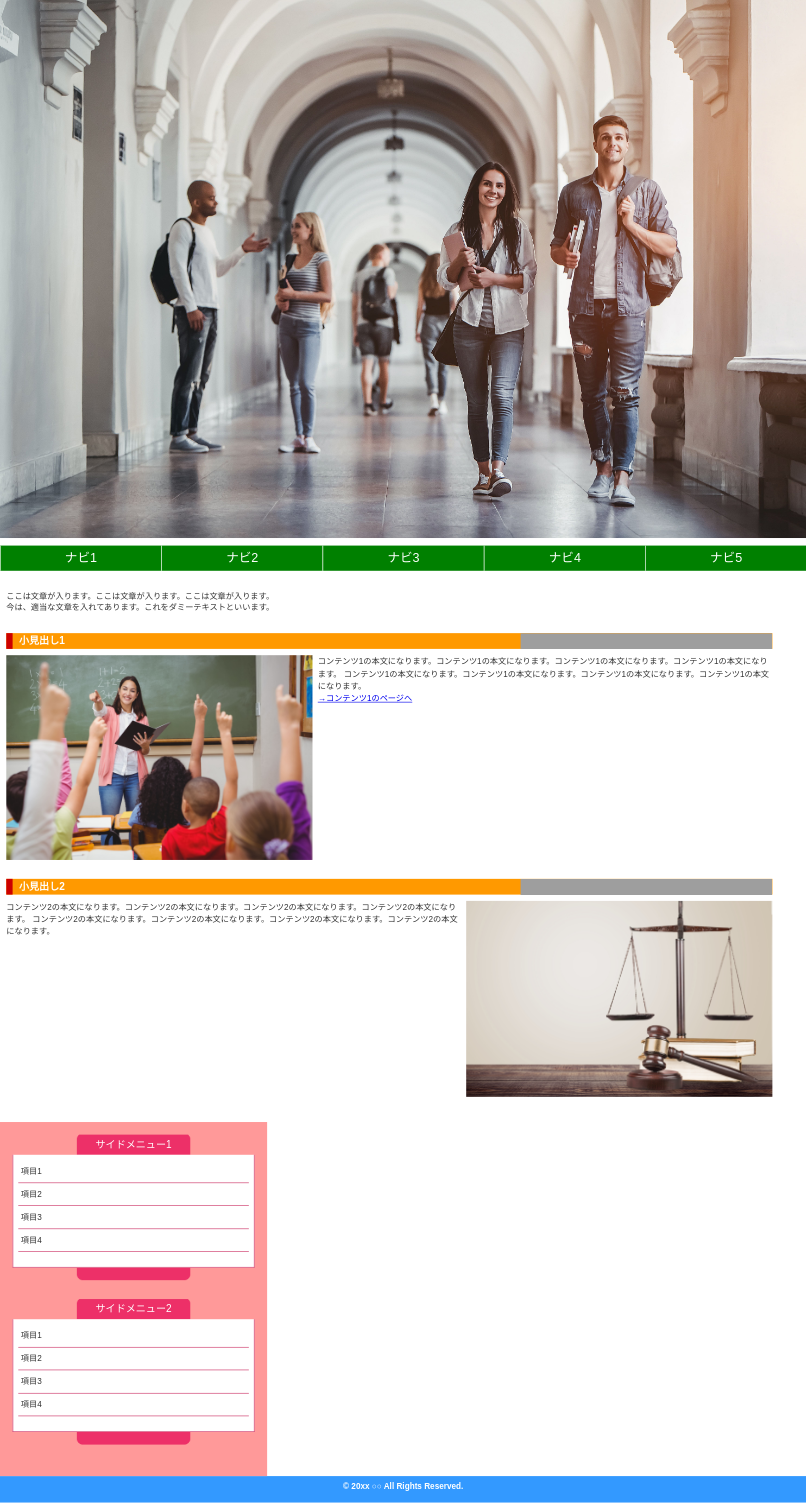
Repository: aaagit19/samurai_HTML-CSS
Page: index.html
The author's editor kept a record of every edit. The page is drawn from the files as they stood at one moment, then again after the next edit.
The browser window is 1280 px wide. The pictures show the whole page, at 63% of full size.
Pictures or frames that could not be fetched are drawn as grey boxes.

Above is the page before.

### index.html
<!DOCTYPE html>
<html lang="ja">
    <head>
        <meta charset="UTF-8">
        <title>HTML/CSSの学習</title>
        <link rel="stylesheet" href="stylesheet.css">
    </head>
    <body>
        <div id="header">
        <h1><a href="index.html"><img id="corridor" src="images/corridor.jpg" alt="大学の廊下" /></a></h1>
        </div>
        <div id="wrapper">
        <div id="nav">
            <ul>
              <li><a href="home.html">ナビ1</a></li>
              <li><a href="#">ナビ2</a></li>
              <li><a href="#">ナビ3</a></li>
              <li><a href="#">ナビ4</a></li>
              <li><a href="#">ナビ5</a></li>
            </ul>
            </div>
                    <div id="container">
                <div id="main">
                    <div class="post">
                        <p>ここは文章が入ります。ここは文章が入ります。ここは文章が入ります。<br />今は、適当な文章を入れてあります。これをダミーテキストといいます。</p>
                    </div>
                    <div class="post clearfix">
                        <h2>小見出し1</h2>
                        <img class="left" src="images/classroom.jpg" alt="授業風景" />
                        <p>
                            コンテンツ1の本文になります。コンテンツ1の本文になります。コンテンツ1の本文になります。コンテンツ1の本文になります。
                            コンテンツ1の本文になります。コンテンツ1の本文になります。コンテンツ1の本文になります。コンテンツ1の本文になります。
                        </p>
                        <p><a href="#">→コンテンツ1のページへ</a></p>
                    </div>
                    <div class="post clearfix">
                        <h2>小見出し2</h2>
                        <img class="right" src="images/scale.jpg" alt="天秤" />
                        <p>
                            コンテンツ2の本文になります。コンテンツ2の本文になります。コンテンツ2の本文になります。コンテンツ2の本文になります。
                            コンテンツ2の本文になります。コンテンツ2の本文になります。コンテンツ2の本文になります。コンテンツ2の本文になります。
                        </p>
                    </div>
</div>
                <div id="side">
                    <div class="box">
                        <h2>サイドメニュー1</h2>
                        <div class="boxBody">
                            <ul>
                                <li>項目1</li>
                                <li>項目2</li>
                                <li>項目3</li>
                                <li>項目4</li>
                            </ul>
                        </div>
                    </div>
                    <div class="box">
                        <h2>サイドメニュー2</h2>
                        <div class="boxBody">
                            <ul>
                                <li>項目1</li>
                                <li>項目2</li>
                                <li>項目3</li>
                                <li>項目4</li>
                            </ul>
                        </div>
                    </div>
                </div>
</div>
</div>
<div id="footer">
    <p>&copy; 20xx ○○ All Rights Reserved.</p>
    </div>
</div>
    </body>
</html>

### stylesheet.css
@charset "utf-8";

body {
	margin: 0;
	padding: 0;
	font-family: "ヒラギノ角ゴ Pro W3", "Hiragino Kaku Gothic Pro", "メイリオ", Meiryo, Osaka, "ＭＳ Ｐゴシック", "MS PGothic", sans-serif;
	color: #333;
	font-size: 13px;
	line-height: 150%;
}

/* -------------------- wrapper -------------------- */
#wrapper {
	width: 100%;
	margin: auto;
	padding: 0px;
	border: 0px;
	background-color: #FFF;
	top: 10px;
	position: relative;
}

/* -------------------- header -------------------- */
#header {
	width: 100%;
}
#header h1 {
	margin: 0;
	padding: 0;
}

#corridor {
	width: 100%;
	height: auto;
}


 /* -------------------- footer -------------------- */
 #footer {
 	 clear: both;
 	 width: 100%;
 	 padding: 3px 0 3px 0;
 	 background: #39F;
 	 color: #FFF;
 	 font-weight: bold;
 	 text-align: center;
}

 /* -------------------- nav -------------------- */
 #nav {
	width: 100%;
 }
 #nav ul {
 	display: flex;
 	margin: 0;
 	padding: 0;
 	list-style-type: none;
 }
 #nav ul li {
 	width: 20%;
 	text-align: center;
 }
 #nav ul li a {
 	display: block;
 	height: 20px;
 	margin: 0;
 	padding: 10px;
	color: #FFF;
	font-size: 20px;
	text-decoration: none;
	background-color: green;
    border-left: 1px solid white;
 }

  #nav ul li a:hover {
	filter: drop-shadow(10px 10px 10px black);
 }

  /* -------------------- container -------------------- */
 #container {
	width: 100%;
	margin: auto;
	padding: auto;
	padding-top: 20px;
	clear: both;
	display:grid;
	grid-templete-columns: 70vw 30vw;
 }
 /* -------------------- main -------------------- */
 #main {
     width:95%;
     padding: 10px 30px 10px 10px;
 }
 #main h2 {
     margin: 0 0 10px 0;
     padding: 3px 10px 3px 10px;
     color: #FFF;
     font-size: 16px;
     border-left: solid 10px #C00;
     background: #F90 url(../images/main_h2.jpg) right top repeat-y;
 }
 #main p {
	margin: 0;
	padding: 0;
 }
 #main .post {
	margin: 0 0 30px 0;
 }

 #main .post img.right {
	margin: 0 0 0 8px;
 }
 #main .post img.left {
	margin: 0 8px 0 0;
 }

 .right {
	float: right;
	width: 40%;
	height: auto;
 }
 .left {
	float: left;
	width: 40%;
	height: auto;
 }

 /* -------------------- clearfix -------------------- */
 .clearfix {
	zoom: 1;
 }
 .clearfix:after{
	content: "";
	display: block;
	clear: both;
 }

 /* -------------------- side -------------------- */
 #side {
 	float: right;
 	width: 30%;
 	padding: 20px;
 	background-color: #F99;
 }
 #side .box {
 	margin: 0 auto 30px auto;
 	padding: 0 0 20px 0;
 	background: url(images/side_box.png) bottom no-repeat;
 }
 #side .box h2 {
 	margin: 0;
 	padding: 8px;
 	text-align: center;
 	color: #fff;
 	font-size: 16px;
 	line-height: 16px;
 	font-weight: normal;
 	background: url(images/side_box_h2.png) center no-repeat;
 }
 #side .box .boxBody {
 	padding: 8px;
 	border-right: solid 1px #C36;
 	border-bottom: solid 1px #C36;
 	border-left: solid 1px #C36;
 	background: #fff;
 }
 #side .box .boxBody ul {
 	margin: 0 0 16px 0;
 	padding: 0;
 }
 #side .box .boxBody ul li {
 	padding: 8px 0 8px 4px;
 	list-style: none;
 	border-bottom: solid 1px #C36;
 }

 #side .box .boxBody ul li:hover {
	padding: 8px 0 8px 4px;
	list-style: none;
	border-bottom: solid 1px #C36;
	box-shadow: 0px 4px 4px rgba(0, 0, 0, 0.3);
 }

After the next edit:
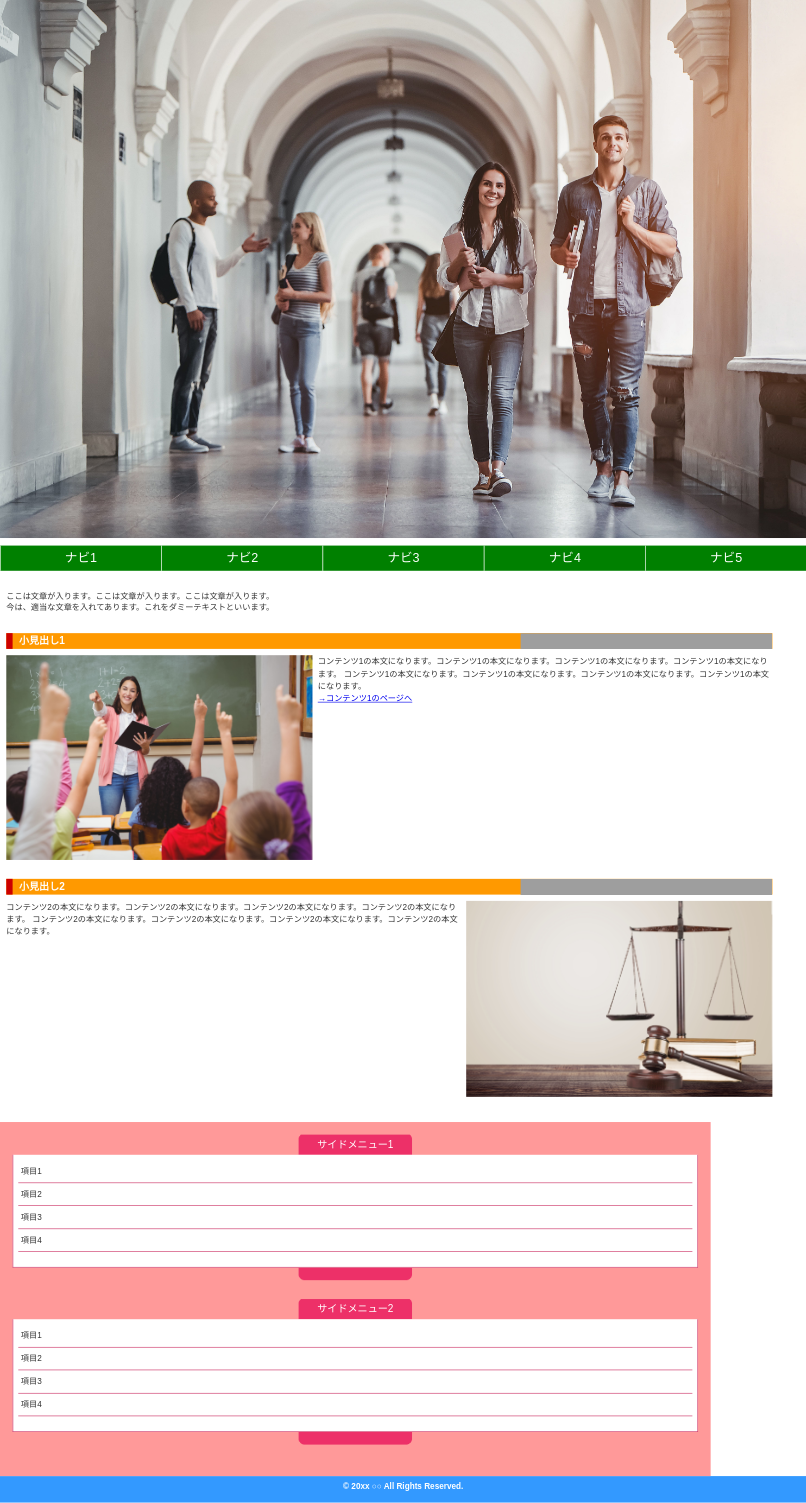
The edit:
--- a/stylesheet.css
+++ b/stylesheet.css
@@ -137,10 +137,9 @@
 
  /* -------------------- side -------------------- */
  #side {
- 	float: right;
- 	width: 30%;
- 	padding: 20px;
- 	background-color: #F99;
+     width:85%;
+     padding: 20px;
+     background-color: #F99;
  }
  #side .box {
  	margin: 0 auto 30px auto;
